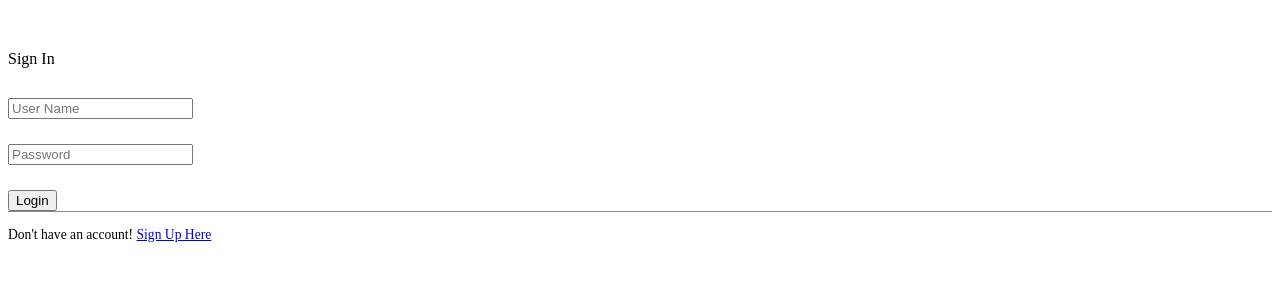
Repository: SmithaMendonca/Project-2
Page: EduCollaborationFrontend/WebContent/c_user/Login.html
An editor plug-in stored every save of this project. The page is shown before and after the next save, followed by the edit.
The browser window is 1280 px wide. The pictures show the whole page.

Above is the page before, as saved 2019-07-12 05:22:18.

After the next save:
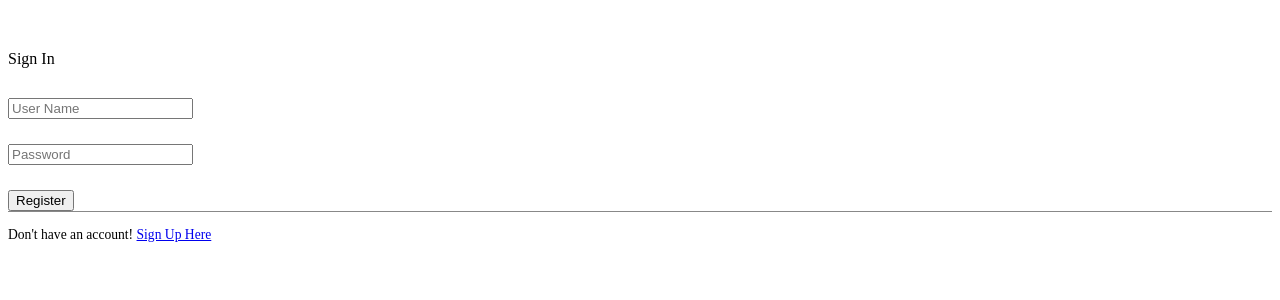
Saved 2 min 22 s later.
--- a/EduCollaborationFrontend/WebContent/c_user/Login.html
+++ b/EduCollaborationFrontend/WebContent/c_user/Login.html
@@ -23,7 +23,7 @@
                                 <div style="margin-top:10px" class="form-group">
                                     <!-- Button -->
                                     <div class="col-sm-12 controls">
-                                         <button type="submit" value="Register" class="btn btn-success" ng-click="checkUser()">Login</button>
+                                        <button type="submit" class="btn btn-lg btn-info" ng-click="checkUser()" value="Register">Register</button>
                                     </div>
                                 </div>
 

After the save that followed:
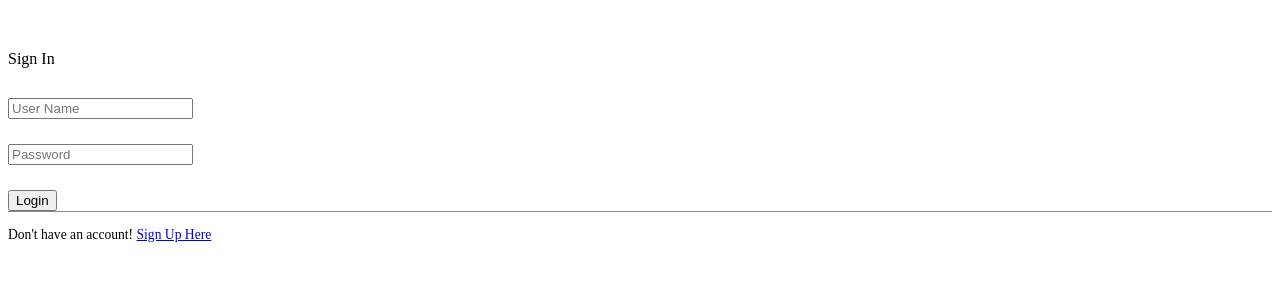
Saved 12 s later.
--- a/EduCollaborationFrontend/WebContent/c_user/Login.html
+++ b/EduCollaborationFrontend/WebContent/c_user/Login.html
@@ -23,7 +23,7 @@
                                 <div style="margin-top:10px" class="form-group">
                                     <!-- Button -->
                                     <div class="col-sm-12 controls">
-                                        <button type="submit" class="btn btn-lg btn-info" ng-click="checkUser()" value="Register">Register</button>
+                                        <button type="submit" class="btn btn-lg btn-info" ng-click="checkUser()" value="Register">Login</button>
                                     </div>
                                 </div>
 
